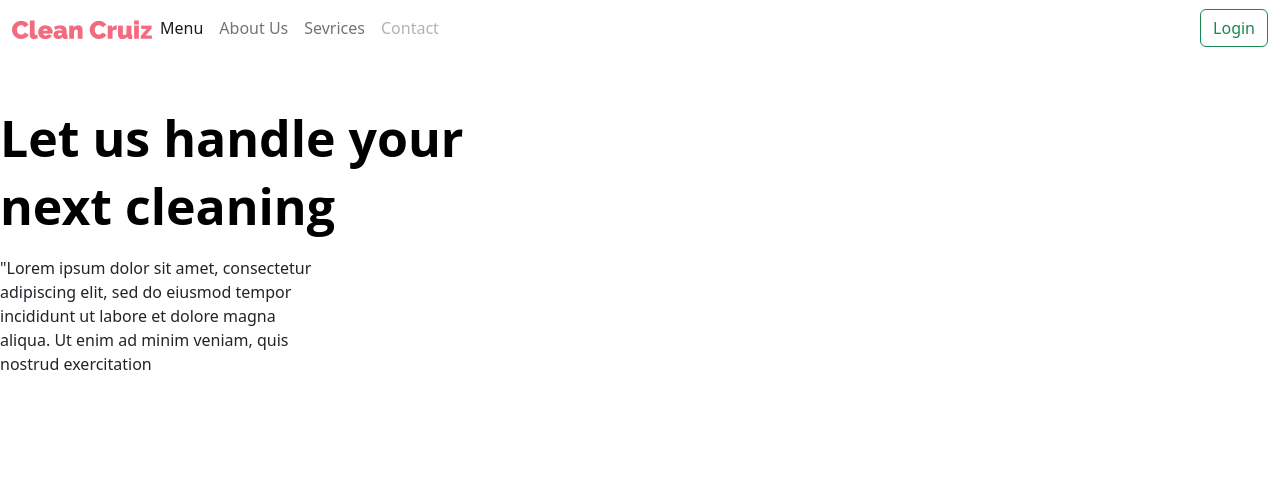
Repository: uy022/QuocUybaitapgiuaki
Page: index.html
An editor plug-in stored every save of this project. The page is shown before and after the next save, followed by the edit.
The browser window is 1280 px wide. The pictures show the whole page.

Above is the page before, as saved 2022-08-30 18:52:15.

After the next save:
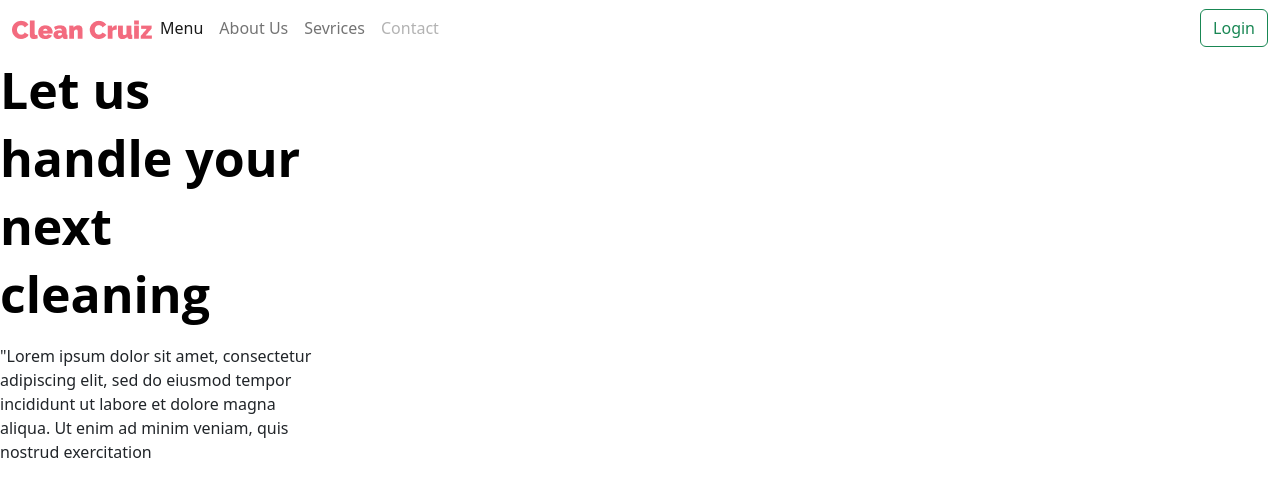
Saved 12 s later.
--- a/index.html
+++ b/index.html
@@ -39,7 +39,7 @@
               </nav>
         </div>
 
-        <div class="col-6 mt-5 let">
+        <div class="col-3 let">
           <p>Let us handle your <br> next cleaning</p>
         </div>
 

After the save that followed:
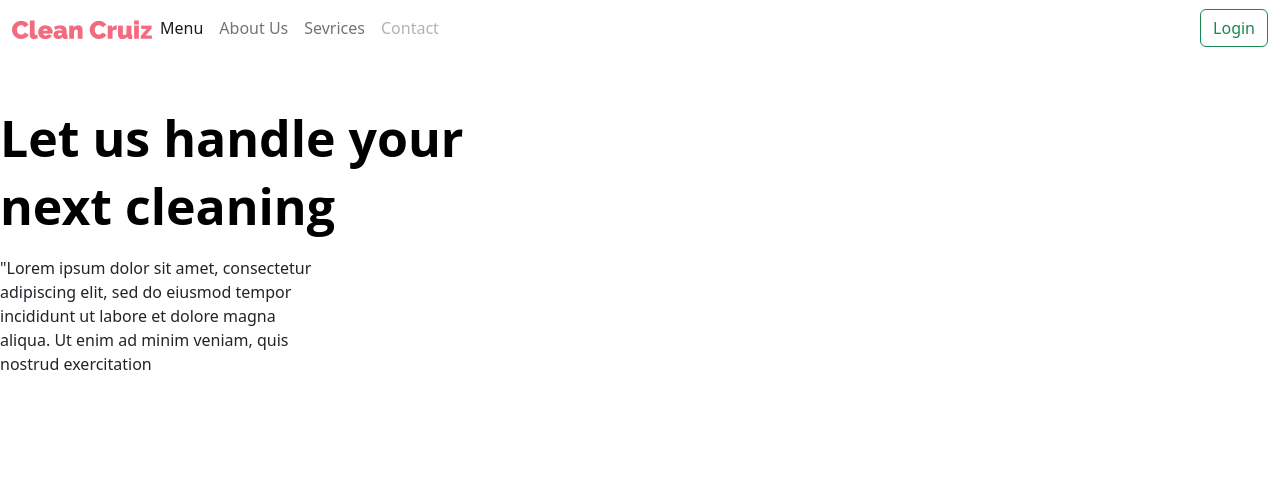
Saved 9 s later.
--- a/index.html
+++ b/index.html
@@ -39,7 +39,7 @@
               </nav>
         </div>
 
-        <div class="col-3 let">
+        <div class="col-6 mt-5 let">
           <p>Let us handle your <br> next cleaning</p>
         </div>
 
